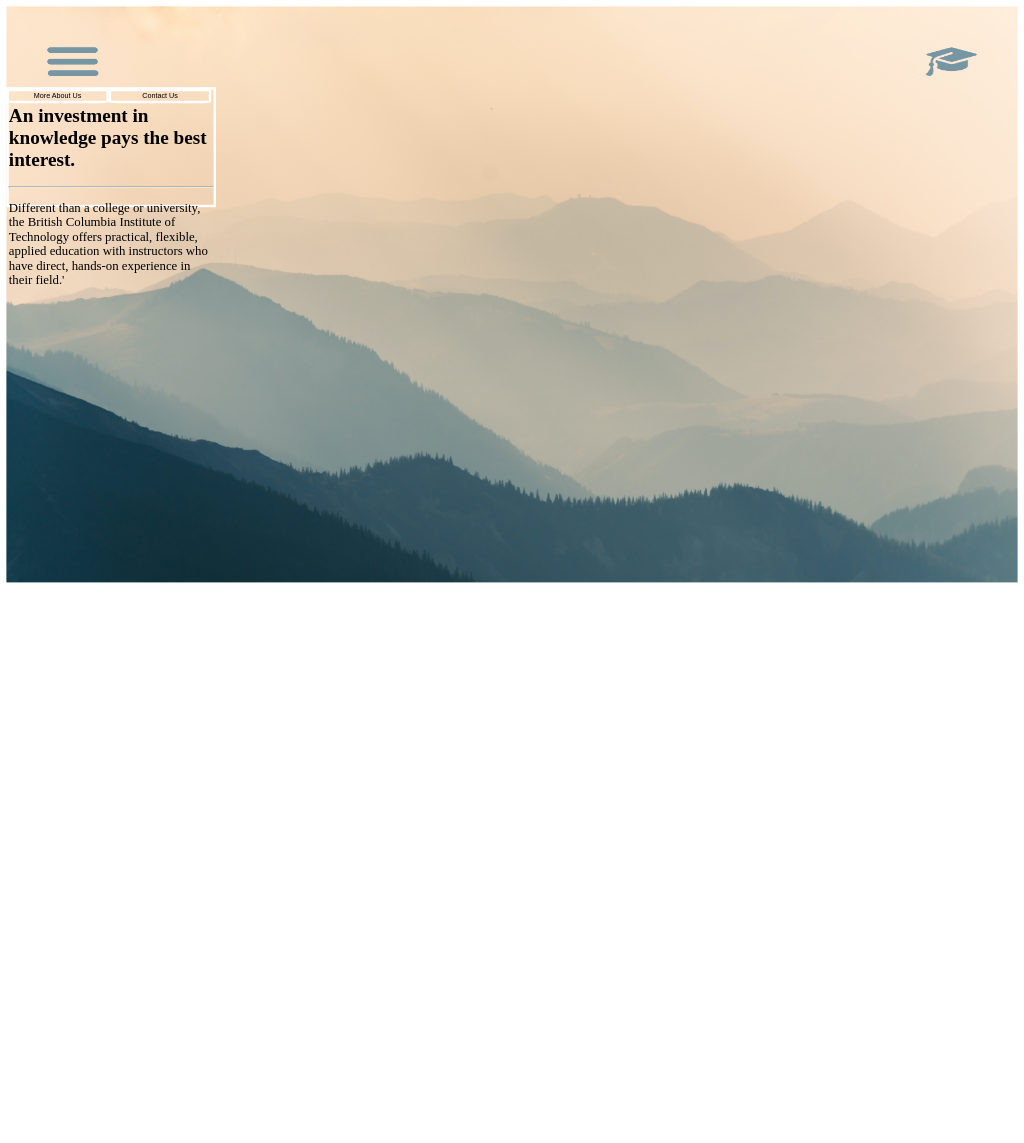
Repository: sierralaurent/MDIA2109-Assignment01
Page: /
An editor plug-in stored every save of this project. The page is shown before and after the next save, followed by the edit.
The browser window is 1280 px wide. The pictures show the whole page, at 80% of full size.
The project was rebuilt for these pictures with package versions that can differ from the ones it lists, and the page was loaded fresh each time. The framework's server and built-in components were replaced by stand-ins that run in the browser. Also part of the build but not shown: next.config.js.

Above is the page before, as saved 2023-02-01 16:36:24.

### pages/index.js
import Head from 'next/head'
import Image from 'next/image'
import { Inter } from '@next/font/google'
import styles from '@/styles/Home.module.css'
import Link from 'next/link'

const inter = Inter({ subsets: ['latin'] })

export default function Home() {
  return (
    <>
    <nav>
      <Head>
        <title>Home</title>
        <meta name="author" content="MDIA 2109" />
        <meta property="og:title" content="Assignment #1 - Home Page" />
        <meta property="og:description" content="BCIT Digital Design and Development Diploma" />
        <link rel="icon" href="/favicon.png" />
        </Head>
        <main className={styles.main} >
          <div className={styles.nav}>
            <img src="icons/menu-icon.png" className={styles.icon1}/>
            <img src="icons/graduation-hat.png" className={styles.icon2}/>
          </div>
          <div className={styles.middle}>
            <h1>An investment in knowledge pays the best interest.</h1>
            <hr></hr>
            <p>Different than a college or university, the British Columbia Institute of Technology offers practical, flexible, applied education with instructors who have direct, hands-on experience in their field.'</p>
            </div>
            <div className={styles.buttons}>
            <Link href="/about">
          <button className={styles.butt}>More About Us</button>
        </Link>
        <Link href="/contact">
        <button className={styles.butt}>Contact Us</button>
        </Link>
            </div>
          <div className={styles.icon3}>
            <a href="/about">
              <span>
                <img
                src="icons/downwardArrow.png"
                />
              </span>
            </a>
          </div>
        </main>
    </nav>
    </>
  )
}

### styles/Home.module.css
.carouselImage {
  height: 200px;
  background-repeat: no-repeat;
  background-size: cover;
  display: flex;
  justify-content: center;
  align-items: center;
  margin: 40px 0px;
}
.main {
  background-image: url('../public/background-images/backgroundMountain.jpg');
  background-size: cover;
  height: 100vh;
  position: relative;
}

.intro {


}

.buttons {
  position: flex;
  justify-content: center;
  align-items: center;
}
.butt {
  border: 3px solid white;
  border-radius: 8%;
  background-color: transparent;
  width: 10vw;
  height: 2.5vh;
  max-width: 15vw;
  max-height: 5vh;
  font-size: 1.25vh;
}

.hr {

}

.middle {
  position: absolute;
  justify-content: center;
  align-items: center;
  height: 20vh;
  width: 20vw;
  border: 3px solid white;
}

.icon1 {
  width: 5vw;
  height: 5vh;
  float: left;
}
.icon2 {
  width: 5vw;
  height: 5vh;
  float: right;
}
.icon3 {
  width: 5vw;
  height: 5vh;
  float: right;
  padding: 50%;
  padding-right: 10%;
}

.nav {
  padding: 4%;
}

Loaded but not shown: pages/_document.js (common file); pages/api/hello.js (common file)

After the next save:
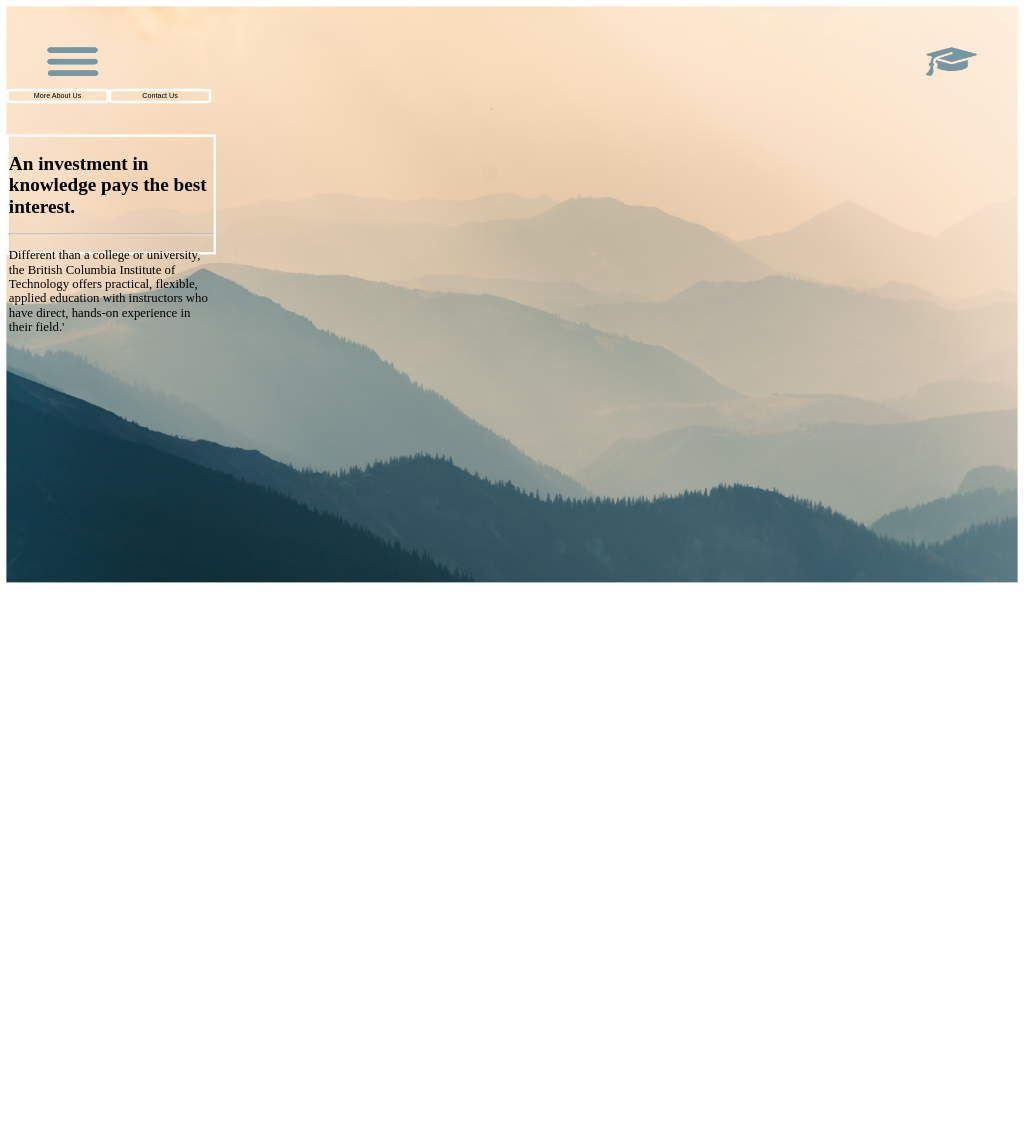
Saved 37 s later.
--- a/styles/Home.module.css
+++ b/styles/Home.module.css
@@ -46,6 +46,7 @@
   height: 20vh;
   width: 20vw;
   border: 3px solid white;
+  top: 10rem;
 }
 
 .icon1 {
